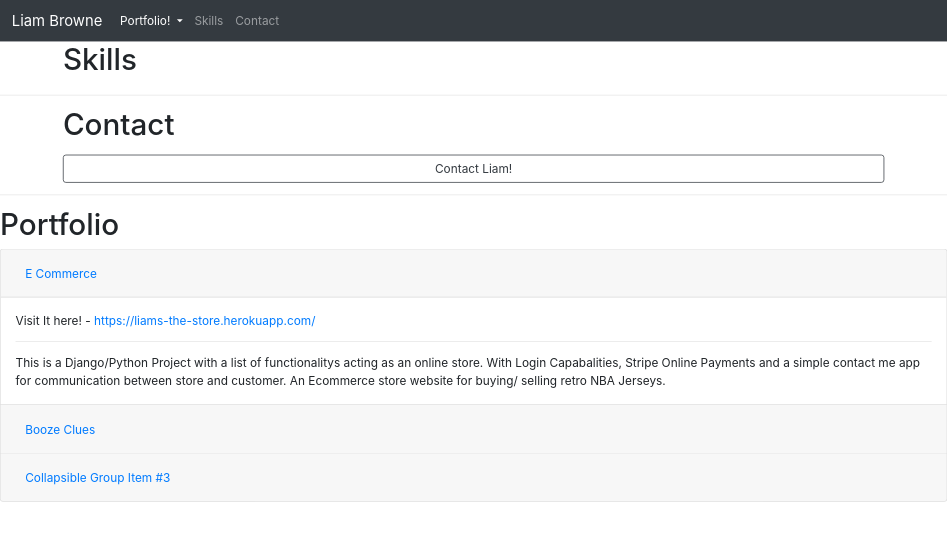
Repository: LiamB123/LiamBrowne.com.github.io
Page: index.html
The author's editor kept a record of every edit. The page is drawn from the files as they stood at one moment, then again after the next edit.
The browser window is 1280 px wide. The pictures show the whole page, at 74% of full size.

Above is the page before.

### index.html
<!DOCTYPE html>
<html lang="en">

<head>
  <meta charset="UTF-8">
  <meta name="viewport" content="width=device-width, initial-scale=1.0">


  <meta http-equiv="X-UA-Compatible" content="ie=edge">

  <title>Liam Browne</title>

  <!--Boostrap Links for Css, Js and Jquery --->
  <link rel="stylesheet" href="https://stackpath.bootstrapcdn.com/bootstrap/4.4.1/css/bootstrap.min.css" integrity="sha384-Vkoo8x4CGsO3+Hhxv8T/Q5PaXtkKtu6ug5TOeNV6gBiFeWPGFN9MuhOf23Q9Ifjh" crossorigin="anonymous">

  <script src="https://code.jquery.com/jquery-3.4.1.slim.min.js" integrity="sha384-J6qa4849blE2+poT4WnyKhv5vZF5SrPo0iEjwBvKU7imGFAV0wwj1yYfoRSJoZ+n" crossorigin="anonymous"></script>
  <script src="https://cdn.jsdelivr.net/npm/popper.js@1.16.0/dist/umd/popper.min.js" integrity="sha384-Q6E9RHvbIyZFJoft+2mJbHaEWldlvI9IOYy5n3zV9zzTtmI3UksdQRVvoxMfooAo" crossorigin="anonymous"></script>
  <script src="https://stackpath.bootstrapcdn.com/bootstrap/4.4.1/js/bootstrap.min.js" integrity="sha384-wfSDF2E50Y2D1uUdj0O3uMBJnjuUD4Ih7YwaYd1iqfktj0Uod8GCExl3Og8ifwB6" crossorigin="anonymous"></script>


  <link rel="stylesheet" href="static/css/custom.css" type="text/css" />

</head>

<body>


  <nav class="navbar navbar-expand-lg navbar-dark bg-dark">
    <a class="navbar-brand" href="#">Liam Browne </a>
    <button class="navbar-toggler" type="button" data-toggle="collapse" data-target="#navbarSupportedContent" aria-controls="navbarSupportedContent" aria-expanded="false" aria-label="Toggle navigation">
    <span class="navbar-toggler-icon"></span>
  </button>

    <div class="collapse navbar-collapse" id="navbarSupportedContent">
      <ul class="navbar-nav mr-auto">
        <li class="nav-item active nav-item dropdown">
          <a class="nav-link dropdown-toggle" href="#" id="navbarDropdown" role="button" data-toggle="dropdown" aria-haspopup="true" aria-expanded="false">
          Portfolio!
        </a>
          <div class="dropdown-menu" aria-labelledby="navbarDropdown">
            <a class="dropdown-item" href="#">E-Commerce</a>
            <a class="dropdown-item" href="#">Booze Clues</a>
            <div class="dropdown-divider"></div>
            <a class="dropdown-item" href="#">Something else here</a>
          </div>
        </li>
        <a class="nav-link" href="#">Skills<span class="sr-only">(current)</span></a>
        </li>
        <li class="nav-item">
          <a class="nav-link" href="contact">Contact</a>
        </li>

      </ul>

    </div>
  </nav>
  <!----About Section---->
  <div class="container">

    <section>
      <h1>
        Skills
      </h1>

      <div class="row">
      </div>
    </section>
</div>
    <hr>

    <section class="contact-img " >
      <div class="container">

      <h1>
        Contact
      </h1>
      <div class="row row-flex">
        <div >
          <h2>


          </h2>


        </div>

      </div>
      <!-- Button trigger modal -->
      <button type="button" class="btn btn-outline-dark btn-block " data-toggle="modal" data-target="#staticBackdrop">
    Contact Liam!
    </button>

      <!-- Modal -->
      <div class="modal fade" id="staticBackdrop" data-backdrop="static" tabindex="-1" role="dialog" aria-labelledby="staticBackdropLabel" aria-hidden="true">
        <div class="modal-dialog" role="document">
          <div class="modal-content">
            <div class="modal-header">
              <h5 class="modal-title" id="staticBackdropLabel">Just a few details so I can respond!</h5>
              <button type="button" class="close" data-dismiss="modal" aria-label="Close">
          <span aria-hidden="true">&times;</span>
        </button>
            </div>
            <div class="modal-body">

              <form>
                <div class="form-group">
                  <label for="Email">Email address</label>
                  <input type="email" class="form-control" id="Email" placeholder="I will never share this information!">
                </div>
                <div class="form-group">
                  <label for="exampleFormControlSelect1">Is there a specific thing you want to talk about?</label>
                  <select class="form-control" id="exampleFormControlSelect1">
      <option>Just Saying Hi!</option>
      <option>Collaboration</option>
      <option>Business Opportunity</option>

    </select>
                </div>

                <div class="form-group">
                  <label for="exampleFormControlTextarea1">Message</label>
                  <textarea class="form-control" id="exampleFormControlTextarea1" rows="8"></textarea>
                </div>
                <button type="submit" class="btn btn-lg btn-outline-dark">Send!</button>
              </form>
            </div>
            <div class="modal-footer">
              <button type="button" class="btn btn-dark" data-dismiss="modal">Close</button>
            </div>
          </div>
        </div>
      </div>
  </div>

    </section>
    <hr>
    <section>

      <h1> Portfolio</h1>


      <div class="accordion" id="accordionExample">
        <div class="card">
          <div class="card-header" id="headingOne">
            <h2 class="mb-0">
              <button class="btn btn-link" type="button" data-toggle="collapse" data-target="#collapseOne" aria-expanded="true" aria-controls="collapseOne">
          E Commerce
        </button>
            </h2>
          </div>

          <div id="collapseOne" class="collapse show" aria-labelledby="headingOne" data-parent="#accordionExample">
            <div class="card-body">
              Visit It here! -<a href="https://liams-the-store.herokuapp.com/" target="_blank"> https://liams-the-store.herokuapp.com/</a>
              <hr> This is a Django/Python Project with a list of functionalitys acting as an online store. With Login Capabalities, Stripe Online Payments and a simple contact me app for communication between store and customer. An Ecommerce store website
              for buying/ selling retro NBA Jerseys.
            </div>
          </div>
        </div>
        <div class="card">
          <div class="card-header" id="headingTwo">
            <h2 class="mb-0">
              <button class="btn btn-link collapsed" type="button" data-toggle="collapse" data-target="#collapseTwo" aria-expanded="false" aria-controls="collapseTwo">
          Booze Clues
        </button>
            </h2>
          </div>
          <div id="collapseTwo" class="collapse" aria-labelledby="headingTwo" data-parent="#accordionExample">
            <div class="card-body">
              Enter Text Here </div>
          </div>
        </div>
        <div class="card">
          <div class="card-header" id="headingThree">
            <h2 class="mb-0">
              <button class="btn btn-link collapsed" type="button" data-toggle="collapse" data-target="#collapseThree" aria-expanded="false" aria-controls="collapseThree">
          Collapsible Group Item #3
        </button>
            </h2>
          </div>
          <div id="collapseThree" class="collapse" aria-labelledby="headingThree" data-parent="#accordionExample">
            <div class="card-body">
              Enter Text HEere </div>
          </div>
        </div>
      </div>
  </div>

  </div>

  </section>
</body>


</html>

### static/css/custom.css
<!-- Image Classes-->
.contact-img{
    min-height: 100vh;
    min-width: 100%;
    z-index: -1;
    background-image: url("../img/keyboard.jpg");
    background-repeat: no-repeat;
    background-position: center;
}

.masthead-img{
    min-height: 100vh;
    min-width: 100%;
    z-index: -1;
    background-image: url("../img/header.jpg");
    background-repeat: no-repeat;
    background-position: center;
}

.white-lettering{
    color: white;
}


.vertical-align-center{
    padding-top:70%;
    text-align: center;
    padding-bottom: 20%;
}

After the next edit:
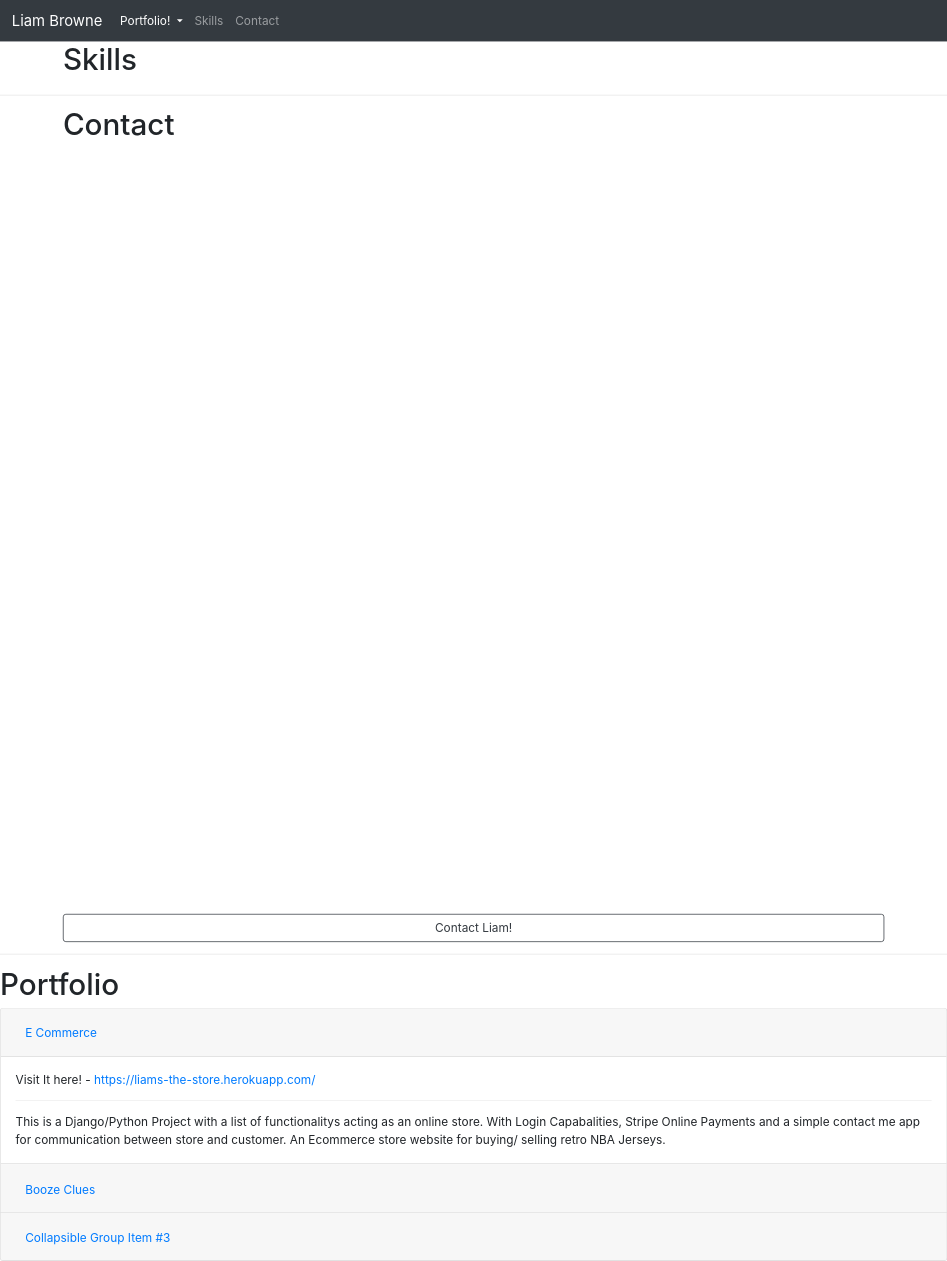
The edit:
--- a/index.html
+++ b/index.html
@@ -75,7 +75,7 @@
         Contact
       </h1>
       <div class="row row-flex">
-        <div >
+        <div class="vertical-align-center">
           <h2>
 
 
